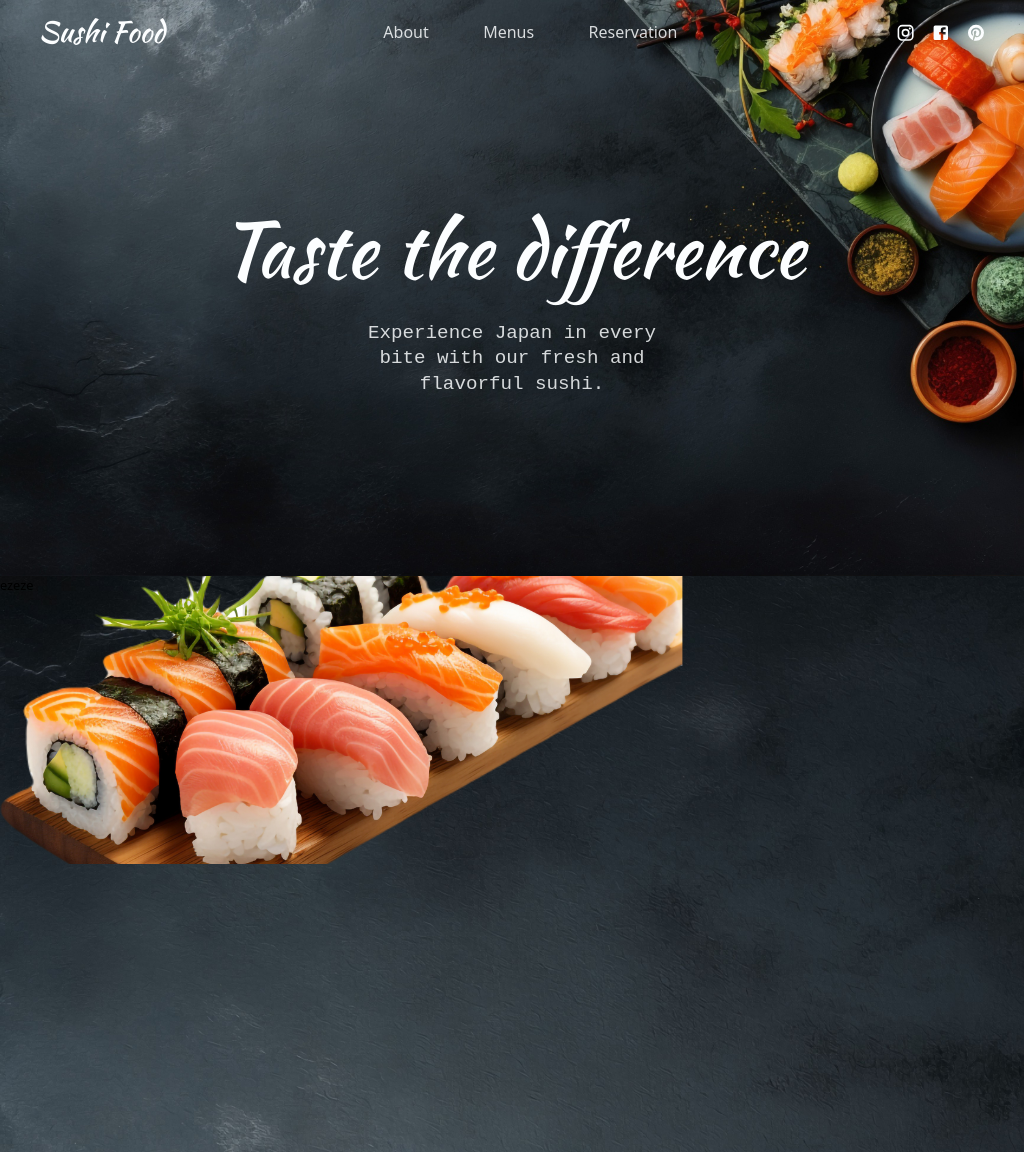
Repository: Adrien-legeleu/sushi-food
Page: /
These files come from the project's save history. The page is drawn as it stood at one moment and after the next save; the edit follows.
The browser window is 1280 px wide. The pictures show the whole page, at 80% of full size.
Some web fonts or font styles are not loaded; a fallback is used. The project was rebuilt for these pictures with package versions that can differ from the ones it lists, and the page was loaded fresh each time. Also part of the build but not shown: vite.config.ts.

Above is the page before, as saved 2024-04-29 19:19:24.

### src/App.tsx
import { About, Header, Landing } from "./Components"

const App =()=> {
  return (
    <div className="bg-greenBlack h-full w-full">
      <Header/>
      <Landing/>
      <About/>
    </div>
  )
}

export default App

### src/index.css
@import url('https://fonts.googleapis.com/css2?family=Kaushan+Script&family=Nanum+Gothic+Coding&display=swap');

@tailwind base;
@tailwind components;
@tailwind utilities;

*{
    margin: 0;
    padding: 0;
    box-sizing: border-box;
}

### src/Components/index.ts
export * from "./Landing";
export * from "./Header";
export * from "./About";

### src/Components/Landing.tsx
export const Landing =()=>{
    return(
        <div className="h-screen w-full bg-[url('././assets/mainfond.jpg')] bg-cover bg-center-top flex items-center justify-center flex-col gap-10 pt-10">
            <h1 className="font-title text-whiteTitle text-8xl">Taste the difference</h1>
            <p className="text-whiteText font-text text-2xl text-center w-1/3">Experience Japan in every bite with our fresh and flavorful sushi.</p>
        </div>
    )
}

### src/Components/Header.tsx
import InstagramIcon from '@mui/icons-material/Instagram';
import FacebookIcon from '@mui/icons-material/Facebook';
import PinterestIcon from '@mui/icons-material/Pinterest';
export const Header =()=>{
    return (
        <div className='fixed h-20 w-full max-w-[1400px] top-0 left-1/2 -translate-x-1/2 flex justify-between items-center pl-12 pr-12'>
            <h2 className='font-title text-4xl text-whiteTitle'>Sushi Food</h2>
            <ul className='flex items-center gap-5 justify-between text-whiteText text-xl'>
                <li className='cursor-pointer  duration-200 hover:bg-green rounded-full p-6 pt-2 pb-2'>About</li>
                <li className='cursor-pointer  duration-200 hover:bg-green rounded-full p-6 pt-2 pb-2'>Menus</li>
                <li className='cursor-pointer  duration-200 hover:bg-green rounded-full p-6 pt-2 pb-2'>Reservation</li>
            </ul>
            <ul className='flex items-center justify-between gap-5  text-whiteTitle'>
                <li className='cursor-pointer  duration-300 hover:scale-125'>
                    <InstagramIcon/>


                </li>
                <li className='cursor-pointer  duration-300 hover:scale-125'> <FacebookIcon/></li>
                <li className='cursor-pointer  duration-300 hover:scale-125'><PinterestIcon/></li>
            </ul>
        </div>
    )
}

### src/Components/About.tsx
export const About =()=>{
    return(
        <div className="h-screen w-full bg-[url('././assets/fond.jpeg')] bg- bg-cover bg-center relative ">
            <div className="absolute w-2/3 h-1/2  top-0 left-0">
                <img className="w-full h-full object-cover" src="./psd.png" alt="cerisier" />
            </div>
            <h4>ezeze</h4>
        </div>
    )
}

### tailwind.config.js
/** @type {import('tailwindcss').Config} */
export default {
  content: ["./index.html", "./src/**/*.{js,ts,jsx,tsx}"],
  theme: {
    extend: {
      backgroundColor: {
        greenBlack: "#0B1517",
      },
      colors: {
        green: "#A6977C",
        whiteTitle: "#FCFEFF",
        whiteText: "#FCFEFFD5",
      },
    },
    fontFamily: {
      title: ["Kaushan Script", "cursive"],
      text: ["Nanum Gothic Coding", "monospace"],
    },
  },
  plugins: [],
};

Loaded but not shown: index.html (common file); src/main.tsx (common file)

After the next save:
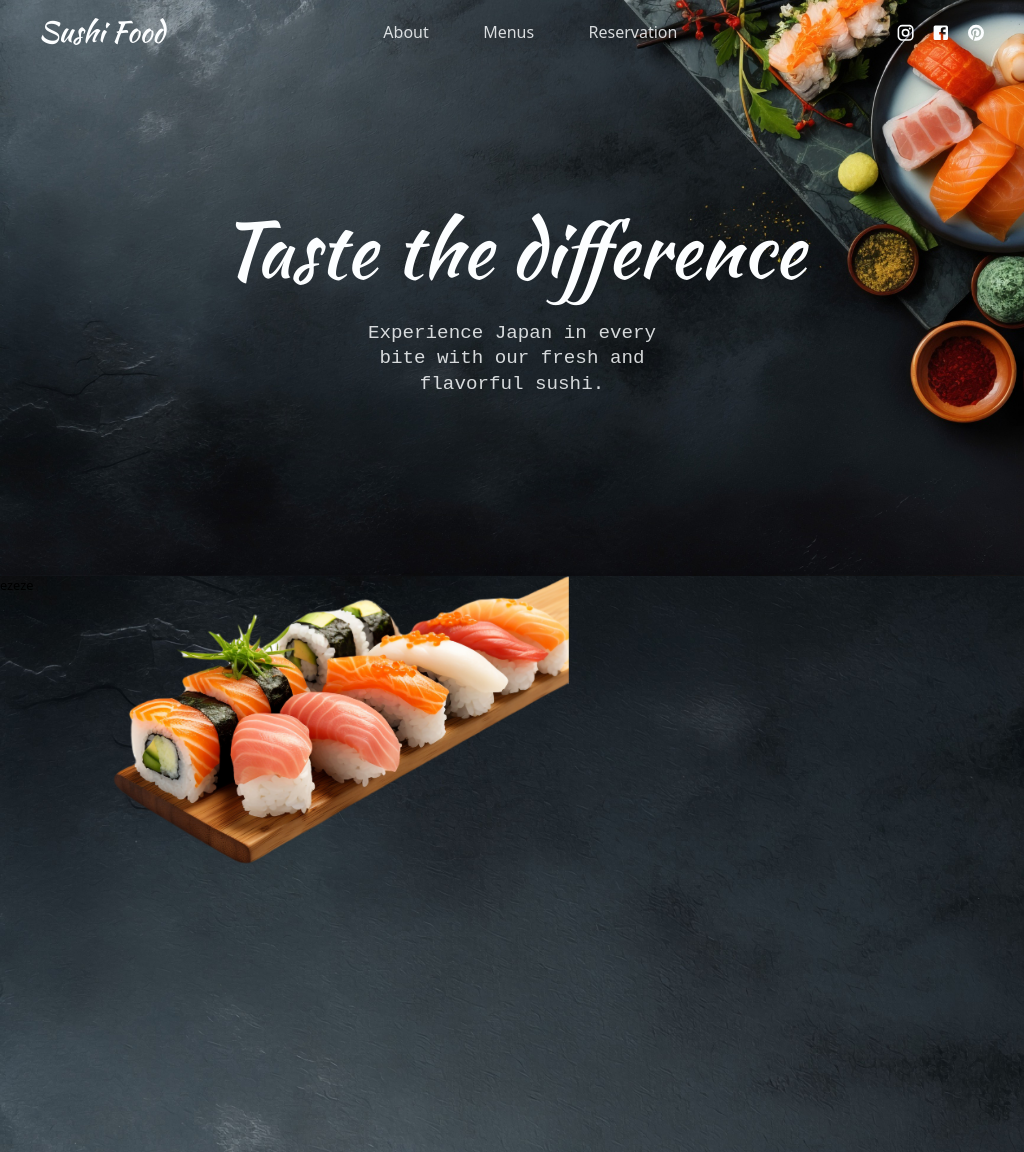
Saved 10 s later.
--- a/src/Components/About.tsx
+++ b/src/Components/About.tsx
@@ -2,7 +2,7 @@ export const About =()=>{
     return(
         <div className="h-screen w-full bg-[url('././assets/fond.jpeg')] bg- bg-cover bg-center relative ">
             <div className="absolute w-2/3 h-1/2  top-0 left-0">
-                <img className="w-full h-full object-cover" src="./psd.png" alt="cerisier" />
+                <img className="w-full h-full object-contain" src="./psd.png" alt="cerisier" />
             </div>
             <h4>ezeze</h4>
         </div>
